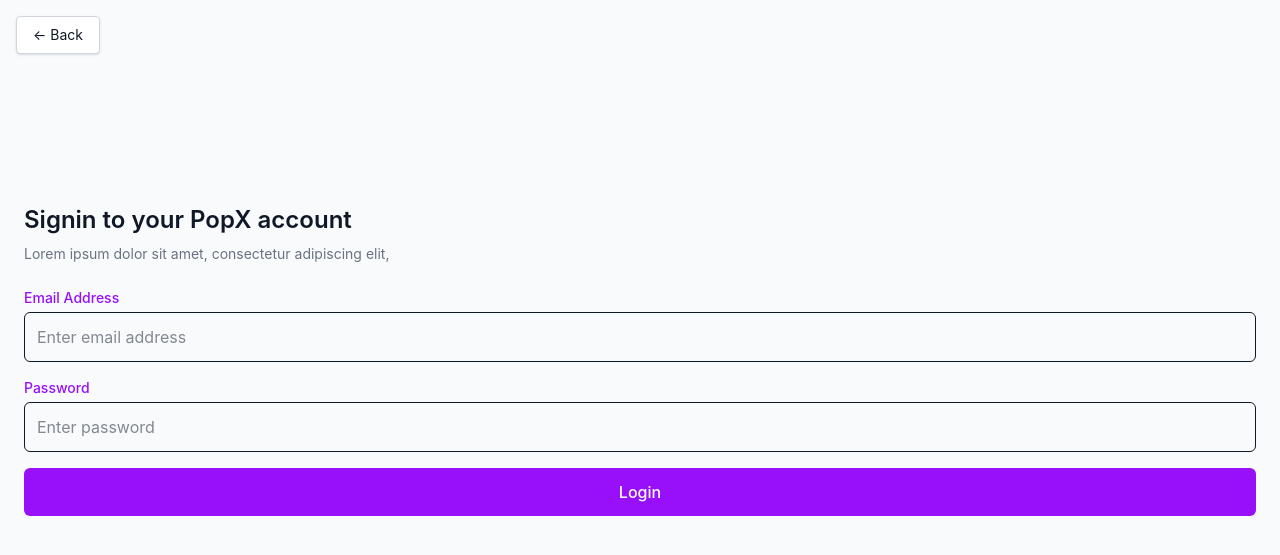
Repository: tanayburbure/inter
Page: /login
These files come from the project's save history. The page is drawn as it stood at one moment and after the next save; the edit follows.
The browser window is 1280 px wide. The pictures show the whole page.
The project was rebuilt for these pictures with package versions that can differ from the ones it lists, and the page was loaded fresh each time. Also part of the build but not shown: vite.config.js, src/pages/Welcome.jsx, src/pages/Signup.jsx, src/pages/Account.jsx.

Above is the page before, as saved 2025-06-17 22:44:57.

### src/index.css
@import "tailwindcss";

body {
  font-family: 'Inter', sans-serif;
}

### src/App.jsx
import React from "react";
import { BrowserRouter as Router, Routes, Route, useLocation, useNavigate } from "react-router-dom";
import Welcome from "./pages/Welcome";
import Login from "./pages/Login";
import Signup from "./pages/Signup";
import Account from "./pages/Account";
import { UserProvider } from "./pages/UserContex";

// BackButton Component (only hidden on Welcome page)
function BackButton() {
  const location = useLocation();
  const navigate = useNavigate();

  // Hide on Welcome page
  if (location.pathname === "/") return null;

  return (
    <button
      onClick={() => navigate(-1)}
      className="absolute top-4 left-4 px-4 py-2 bg-white border border-gray-300 rounded shadow text-sm hover:bg-gray-50"
    >
      ← Back
    </button>
  );
}

// AppContent separated to use Router hooks
function AppContent() {
  return (
    <div className="relative min-h-screen bg-gray-100 text-gray-900">
      <BackButton />
      <Routes>
        <Route path="/" element={<Welcome />} />
        <Route path="/login" element={<Login />} />
        <Route path="/signup" element={<Signup />} />
        <Route path="/account" element={<Account />} />
      </Routes>
    </div>
  );
}

export default function App() {
  return (
    <UserProvider>
      <Router>
        <AppContent />
      </Router>
    </UserProvider>
  );
}

### src/pages/Login.jsx
import { useNavigate } from 'react-router-dom';
import { useUser } from './UserContex'; // adjust path
import { useState } from 'react';

export default function Login() {
  const navigate = useNavigate();
  const { userData } = useUser();
  const [error, setError] = useState('');

  const handleLogin = (e) => {
    e.preventDefault();

    const form = e.target;
    const email = form.email.value;
    const password = form.password.value;

    if (!userData) {
      setError('No account found. Please sign up first.');
      return;
    }

    if (email === userData.email && password === userData.password) {
      setError('');
      navigate('/account');
    } else {
      setError('Invalid email or password.');
    }
  };

  return (
    <div className="min-h-screen flex flex-col justify-center px-6 py-12 bg-gray-50">
      <h2 className="text-2xl font-semibold text-gray-900 mb-2">Signin to your PopX account</h2>
      <p className="text-sm text-gray-500 mb-6">
        Lorem ipsum dolor sit amet, consectetur adipiscing elit,
      </p>

      <form className="space-y-4" onSubmit={handleLogin}>
        <div>
          <label className="text-sm text-purple-600 font-medium block mb-1">
            Email Address
          </label>
          <input
            name="email"
            type="email"
            placeholder="Enter email address"
            required
            className="w-full border rounded-md p-3"
          />
        </div>
        <div>
          <label className="text-sm text-purple-600 font-medium block mb-1">
            Password
          </label>
          <input
            name="password"
            type="password"
            placeholder="Enter password"
            required
            className="w-full border rounded-md p-3"
          />
        </div>

        {error && <p className="text-sm text-red-500">{error}</p>}

        <button
          type="submit"
          className="w-full bg-purple-600 text-white py-3 rounded-md font-medium"
        >
          Login
        </button>
      </form>
    </div>
  );
}

### src/pages/UserContex.jsx
import { createContext, useState, useContext } from "react";

const UserContext = createContext();

export function UserProvider({ children }) {
  const [userData, setUserData] = useState(null);
  return (
    <UserContext.Provider value={{ userData, setUserData }}>
      {children}
    </UserContext.Provider>
  );
}

export function useUser() {
  return useContext(UserContext);
}

Loaded but not shown: index.html (common file); src/main.jsx (common file)

After the next save:
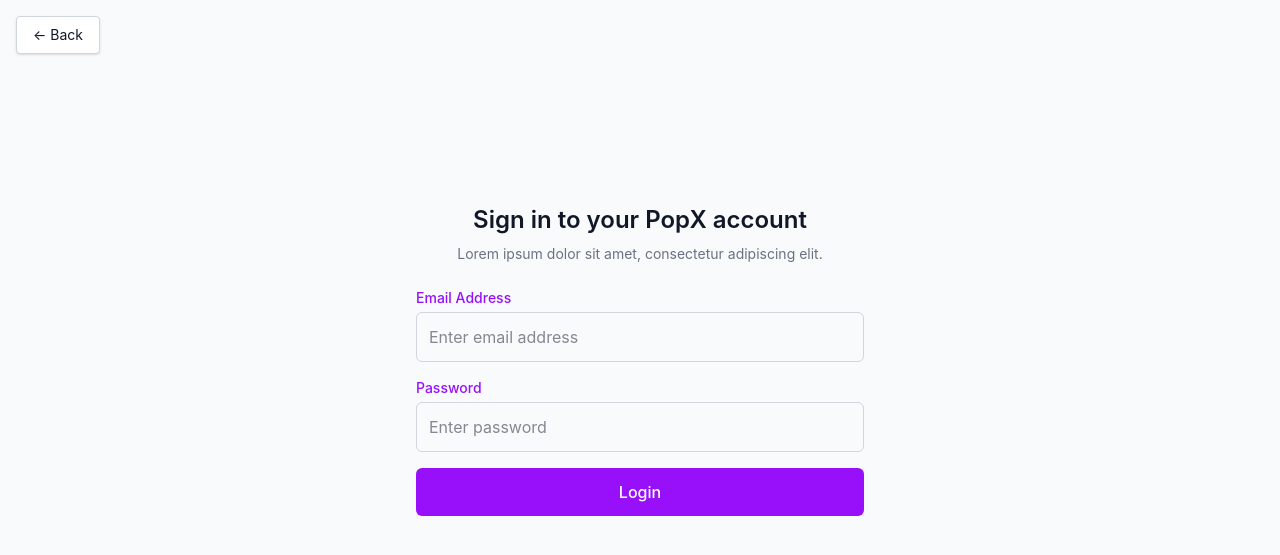
Saved 2 min 27 s later.
--- a/src/pages/Login.jsx
+++ b/src/pages/Login.jsx
@@ -28,47 +28,47 @@
   };
 
   return (
-    <div className="min-h-screen flex flex-col justify-center px-6 py-12 bg-gray-50">
-      <h2 className="text-2xl font-semibold text-gray-900 mb-2">Signin to your PopX account</h2>
-      <p className="text-sm text-gray-500 mb-6">
-        Lorem ipsum dolor sit amet, consectetur adipiscing elit,
-      </p>
-
-      <form className="space-y-4" onSubmit={handleLogin}>
+    <div className="min-h-screen flex items-center justify-center bg-gray-50 px-4 sm:px-6 lg:px-8">
+      <div className="w-full max-w-md space-y-6">
         <div>
-          <label className="text-sm text-purple-600 font-medium block mb-1">
-            Email Address
-          </label>
-          <input
-            name="email"
-            type="email"
-            placeholder="Enter email address"
-            required
-            className="w-full border rounded-md p-3"
-          />
-        </div>
-        <div>
-          <label className="text-sm text-purple-600 font-medium block mb-1">
-            Password
-          </label>
-          <input
-            name="password"
-            type="password"
-            placeholder="Enter password"
-            required
-            className="w-full border rounded-md p-3"
-          />
+          <h2 className="text-center text-2xl font-semibold text-gray-900">Sign in to your PopX account</h2>
+          <p className="mt-2 text-center text-sm text-gray-500">
+            Lorem ipsum dolor sit amet, consectetur adipiscing elit.
+          </p>
         </div>
 
-        {error && <p className="text-sm text-red-500">{error}</p>}
+        <form className="space-y-4" onSubmit={handleLogin}>
+          <div>
+            <label className="text-sm text-purple-600 font-medium block mb-1">Email Address</label>
+            <input
+              name="email"
+              type="email"
+              placeholder="Enter email address"
+              required
+              className="w-full border border-gray-300 rounded-md p-3 focus:outline-none focus:ring-2 focus:ring-purple-500"
+            />
+          </div>
+          <div>
+            <label className="text-sm text-purple-600 font-medium block mb-1">Password</label>
+            <input
+              name="password"
+              type="password"
+              placeholder="Enter password"
+              required
+              className="w-full border border-gray-300 rounded-md p-3 focus:outline-none focus:ring-2 focus:ring-purple-500"
+            />
+          </div>
 
-        <button
-          type="submit"
-          className="w-full bg-purple-600 text-white py-3 rounded-md font-medium"
-        >
-          Login
-        </button>
-      </form>
+          {error && <p className="text-sm text-red-500">{error}</p>}
+
+          <button
+            type="submit"
+            className="w-full bg-purple-600 hover:bg-purple-700 text-white py-3 rounded-md font-medium transition duration-200"
+          >
+            Login
+          </button>
+        </form>
+      </div>
     </div>
   );
 }
